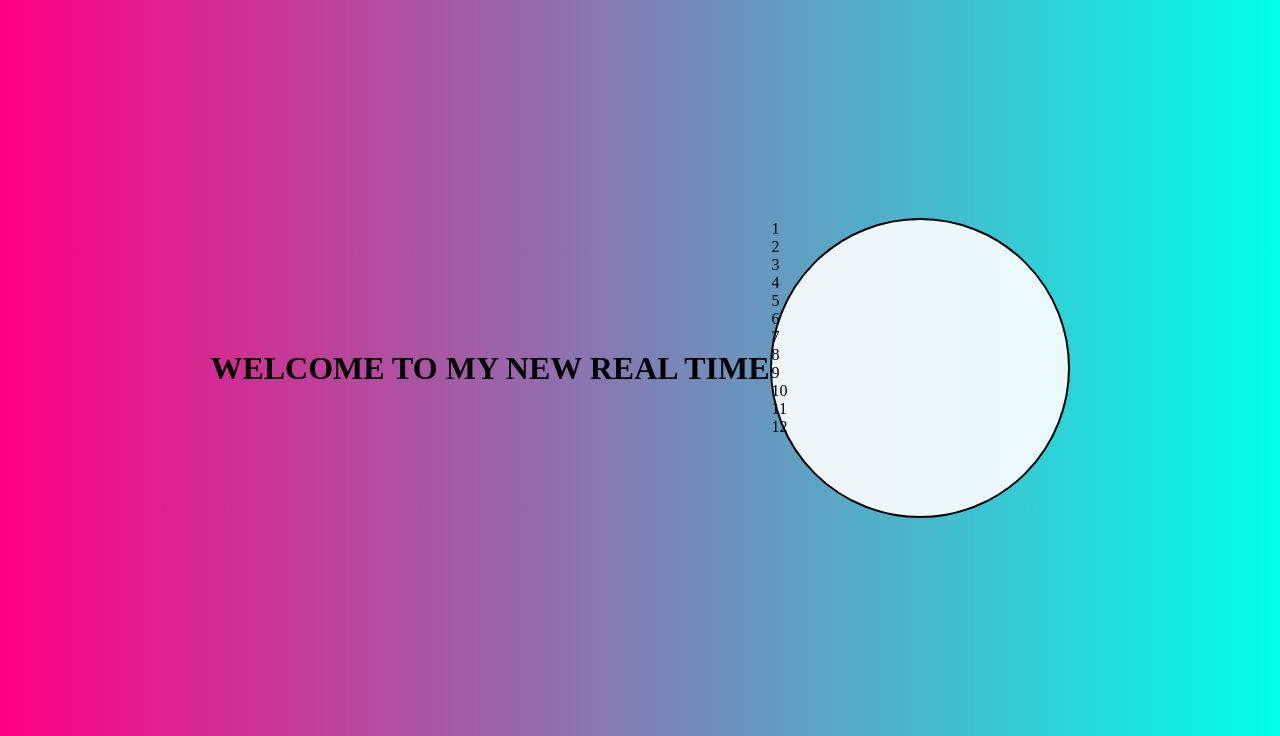
Repository: mirambialex/watch
Page: clock.html
The author's editor kept a copy of each file at every save. The page is drawn from the files as they stood at one save, then again after the next save.
The browser window is 1280 px wide. The pictures show the whole page.

Above is the page before, as saved 2024-04-29 11:15:14.
Console error: SyntaxError: Unexpected token 'const'

### clock.html
<!DOCTYPE html>
<html lang="en">
<head>
    <meta charset="UTF-8">
    <meta name="viewport" content="width=device-width, initial-scale=1.0">
    <link rel="stylesheet" href="clock.css">
    <title></title>
</head>
<h1>WELCOME TO MY NEW REAL TIME </h1>
<body>
    <div class="CLOCK">
        <div class="hour hand" data-hour-hand></div>
        <div class="minute hand" data-minute-hand></div>
        <div class="second hand" data-second-hand></div>
        <div class="NUMBER NUMBER1">1</div>
        <div class="NUMBER NUMBER2">2</div>
        <div class="NUMBER NUMBER3">3</div>
        <div class="NUMBER NUMBER4">4</div>
        <div class="NUMBER NUMBER5">5</div>
        <div class="NUMBER NUMBER6">6</div>
        <div class="NUMBER NUMBER7">7</div>
        <div class="NUMBER NUMBER8">8</div>
        <div class="NUMBER NUMBER9">9</div>
        <div class="NUMBER NUMBER10">10</div>
        <div class="NUMBER NUMBER11">11</div>
        <div class="NUMBER NUMBER12">12</div>

    </div>
    <script>
        setInterval(setCLOCK, 1000)
        const hourHand= document.querySelector ("[data-hour-hand]")
        const minuteHand = document.querySelector ("[data-minute-hand]")
        const secondHand = document.querySelector ("[data-second-hand]")

        function setCLASS() {
            const currentDate=new Date()
            const secondRatio =currentDate.getSeconds() / 60
            const minutesRatio =(secondRatio+currentDate.getMinutes())/
            const hoursRatio=(minutesRatio+currentDate.gethours())/
            setrotatio(secondHand,secondsRatio)
            setratotion(minuteHand,minutesratio)
            setrotatio(hourHand,hoursRatio)
        }function setratotio
</script>

</body>
</html>

### clock.css
*,*::after,*::before{
    box-sizing: border-box;
    font-family: 'Times New Roman', Times, serif;

}
body{
    background: linear-gradient(to right,rgb(255,0,128),hsl(175,100%,50%));
    display: flex;
    justify-content: center;
    align-items: center;
    min-height: 100vh;
    overflow: hidden;

}
.CLOCK{
    width: 300px;
    height: 300px;
    background-color: rgb(255,255,255,.9);
    border-radius: 50%;
    border: 2px solid black;
    position: relative;
}
.CLOCK.NUMBER{
    --rotation:0;
    position: absolute;
    width: 100%;
    height: 100%;
    text-align: center;
    transform: rotate(var(--rotation));
    font-size: 1.5rem;

    .CLOCK.NUMBER1{--rotation:30deg}
    .CLOCK.NUMBER2{--rotation:60deg}
    .CLOCK.NUMBER3{--rotation:90deg}
    .CLOCK.NUMBER4{--rotation:120deg}
    .CLOCK.NUMBER5{--rotation:150deg}
    .CLOCK.NUMBER6{--rotation:180deg}
    .CLOCK.NUMBER7{--rotation:210deg}
    .CLOCK.NUMBER8{--rotation:240deg}
    .CLOCK.NUMBER9{--rotation:270deg}
    .CLOCK.NUMBER10{--rotation:300deg}
    .CLOCK.NUMBER11{--rotation:330deg}

}
.CLOCK.hand{
    --rotation:0;
    position:absolute;
    bottom: 50%;
    left: 50%;
    background-color: black;
    border: 1px solid rgb(136,99,224);
    border-top-left-radius: 10px;
    border-top-right-radius: 10px;
    transform-origin: bottom;
    z-index:10;
    transform: translateX(-50%)rotation(calc(var--rotation)*1deg));

}
.CLOCK::after{
    content: " ";
    position: absolute;
    background-color: black;
    z-index: 11;
    width: 15;
    height: 15;
    top:5%;
    left: 50%;
    transform: translateX(-50%,-50%);
    border-radius: 50%;

}
.CLOCK.hand.second{
    width: 3px;
    height: 45%;
    background-color: rgb(221,65,198);
}
.CLOCK.hand.minute{
    width: 7px;
    height: 40%;
    border-color: rgb(69,19,187);

}
.CLOCK.hand.hour{
    width: 10px;
    height: 35%;
    background-color: rgb(166,209,9);
}
.header{
    font-family: 'Courier New', Courier, monospace;
    text-align: center;
    text-transform: capitalize;
    width: 100px;
    background-color: blueviolet;
    position: top;
}

After the next save:
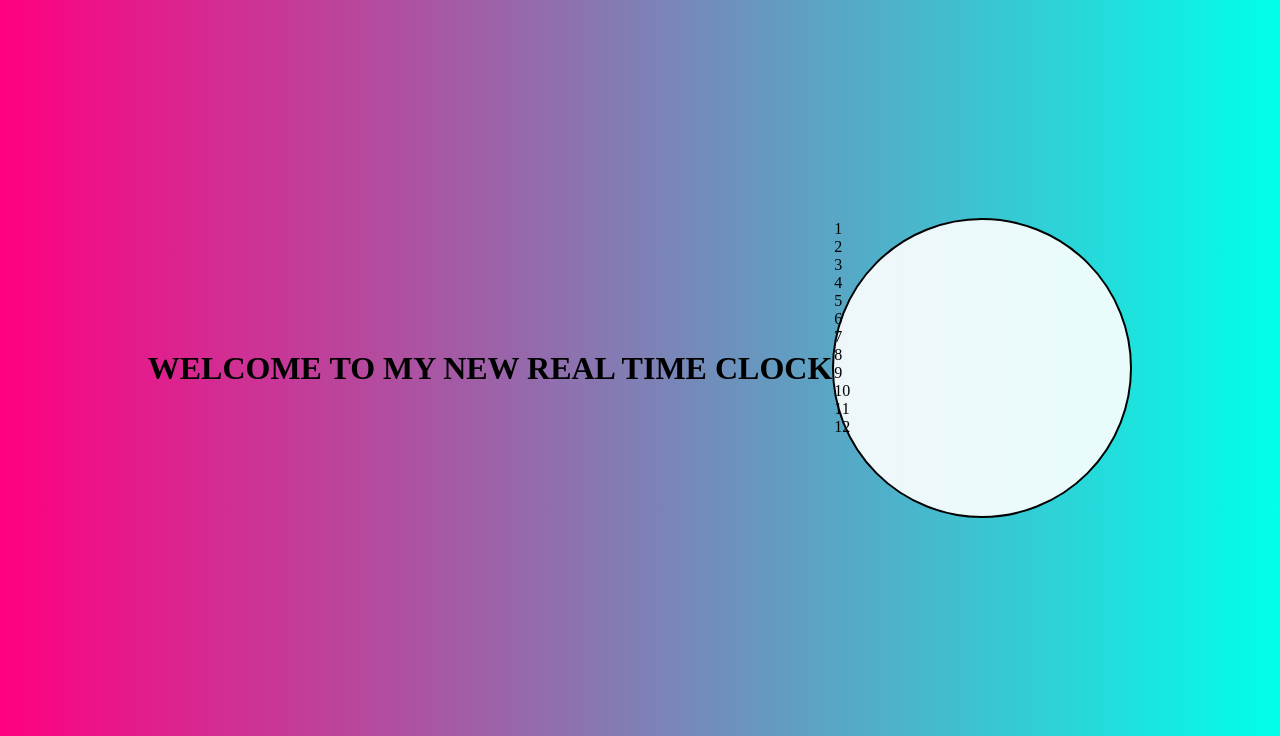
Saved 4 s later.
--- a/clock.html
+++ b/clock.html
@@ -6,7 +6,7 @@
     <link rel="stylesheet" href="clock.css">
     <title></title>
 </head>
-<h1>WELCOME TO MY NEW REAL TIME </h1>
+<h1>WELCOME TO MY NEW REAL TIME CLOCK</h1>
 <body>
     <div class="CLOCK">
         <div class="hour hand" data-hour-hand></div>
